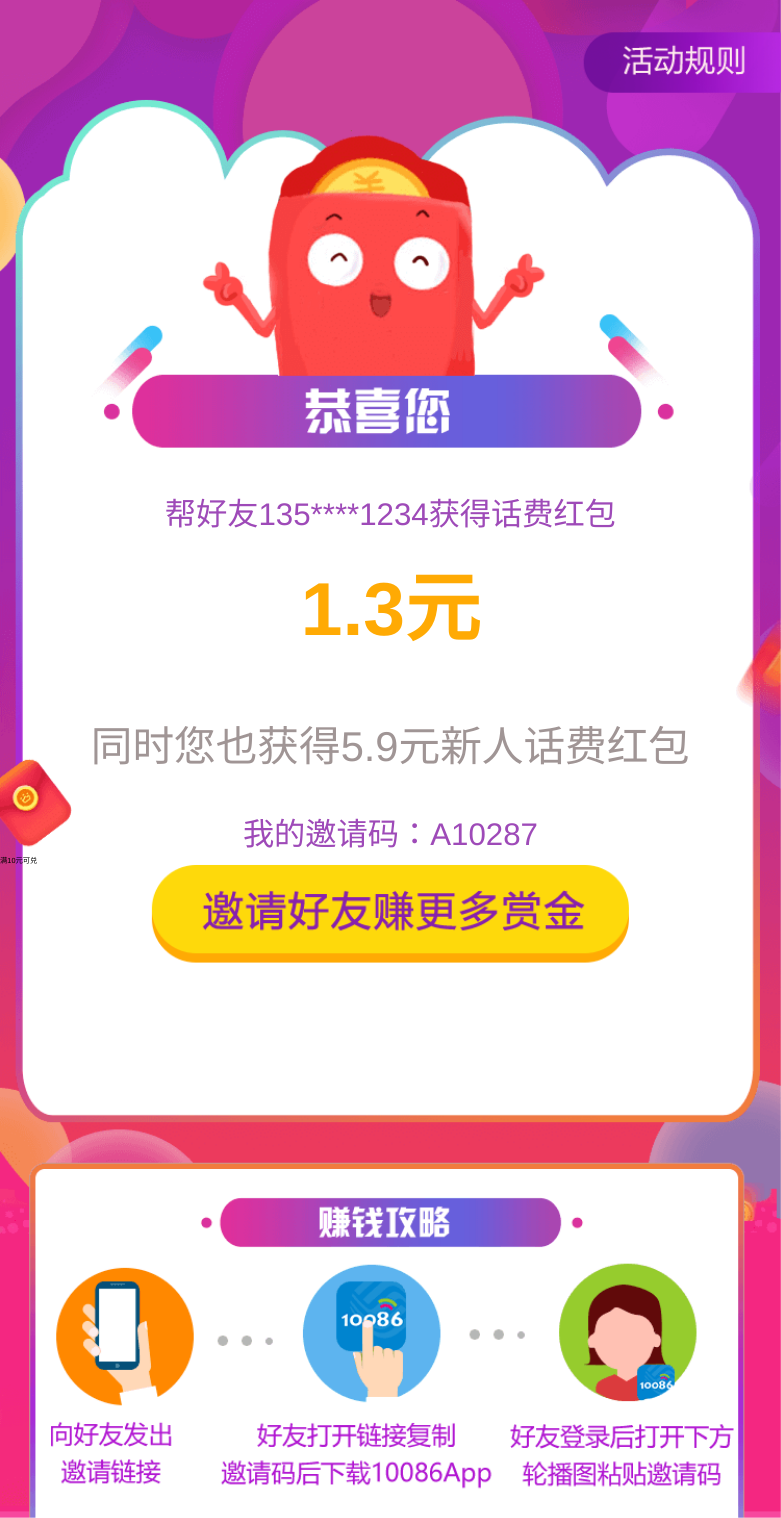
Repository: wangbiaozy/hb
Page: index_success_2.html
An editor plug-in stored every save of this project. The page is shown before and after the next save, followed by the edit.
The browser window is 1280 px wide. The pictures show the whole page, at 61% of full size.

Above is the page before, as saved 2018-08-17 14:51:53.

After the next save:
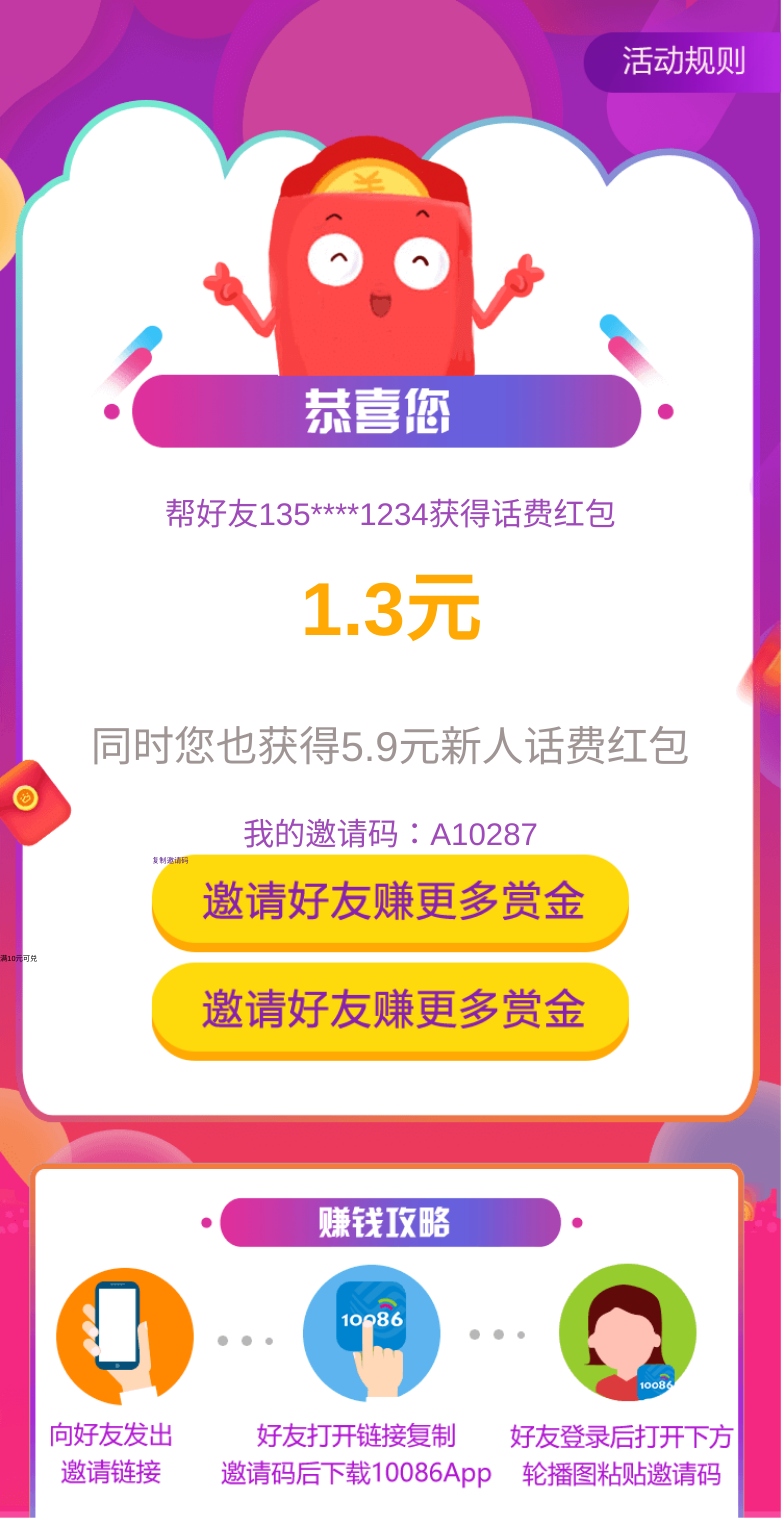
Saved 20 s later.
--- a/index_success_2.html
+++ b/index_success_2.html
@@ -18,6 +18,7 @@
             <p>同时您也获得<span>5.9</span>元新人话费红包</p>
             <div>
                 <p>我的邀请码：<span>A10287</span></p>
+                <a href="">复制邀请码</a>
             </div>
             <p>满10元可兑</p>
             <a href=""></a>
